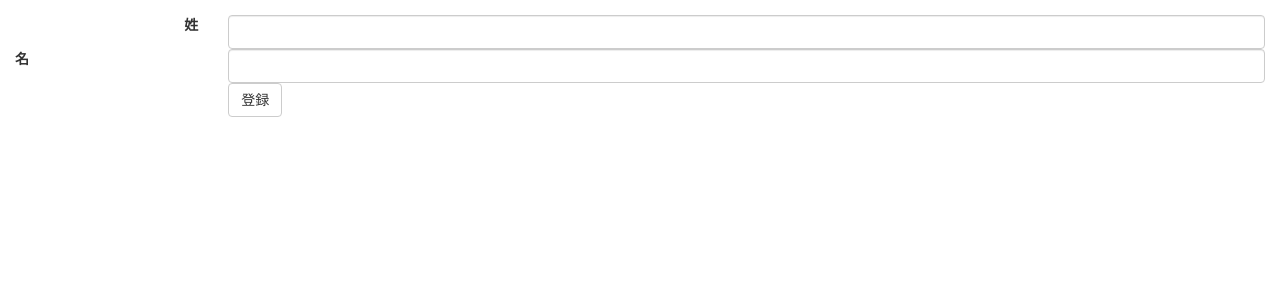
Repository: erinakatagiri/gomi
Page: bootstrap_lesson.html
The author's editor kept a record of every edit. The page is drawn from the files as they stood at one moment, then again after the next edit.
The browser window is 1280 px wide. The pictures show the whole page.

Above is the page before.

After the next edit:
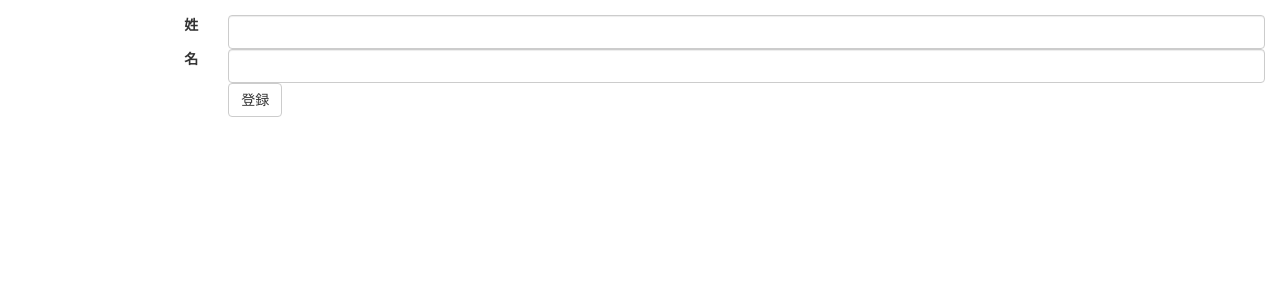
The edit:
--- a/bootstrap_lesson.html
+++ b/bootstrap_lesson.html
@@ -37,7 +37,7 @@
 
   <!-- row -->
   <div class="form-group">
-    <label class="col-xs-2 control-label" "text-right">名</label>
+    <label class="col-xs-2 control-label text-right">名</label>
     <div class="col-xs-10">
       <input type="text" class="form-control"  name="
       firstname">
